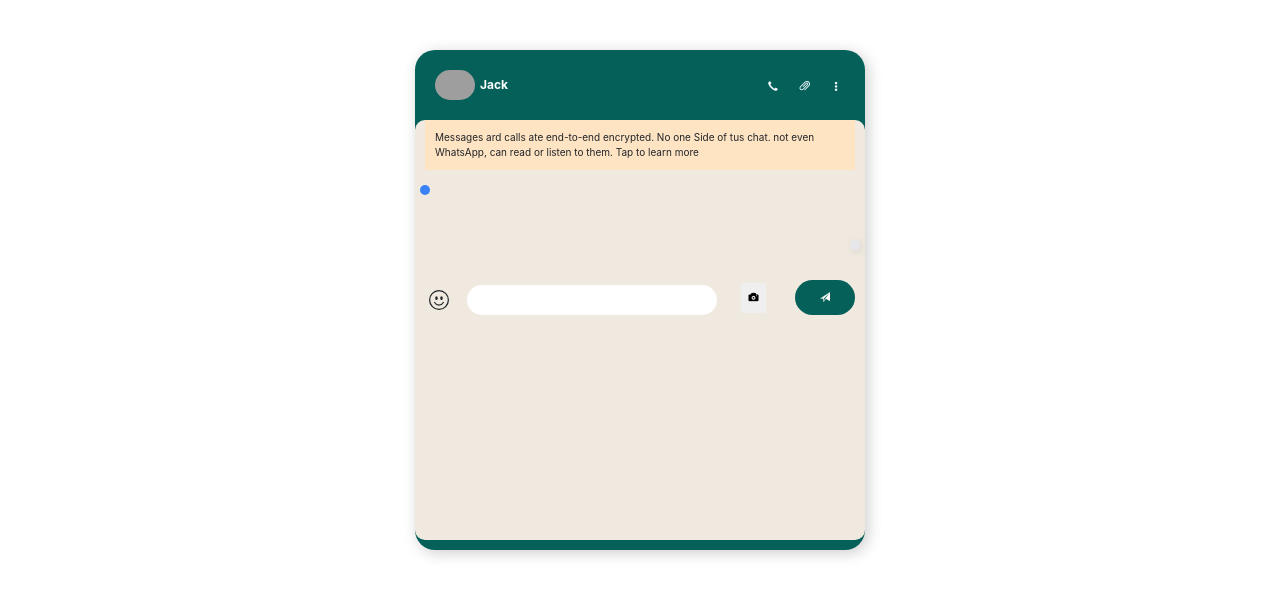
Repository: sibi24sibi/php-mysql-manal-chatbot
Page: http://localhost/
These files come from the project's save history. The page is drawn as it stood at one moment and after the next save; the edit follows.
The browser window is 1280 px wide. The pictures show the whole page.
Pictures or frames that could not be fetched are drawn as grey boxes. The page is run by PHP 8.4 with error messages shown; the project is at /var/www/html/.

Above is the page before, as saved 2023-01-15 14:52:20.

After the next save:
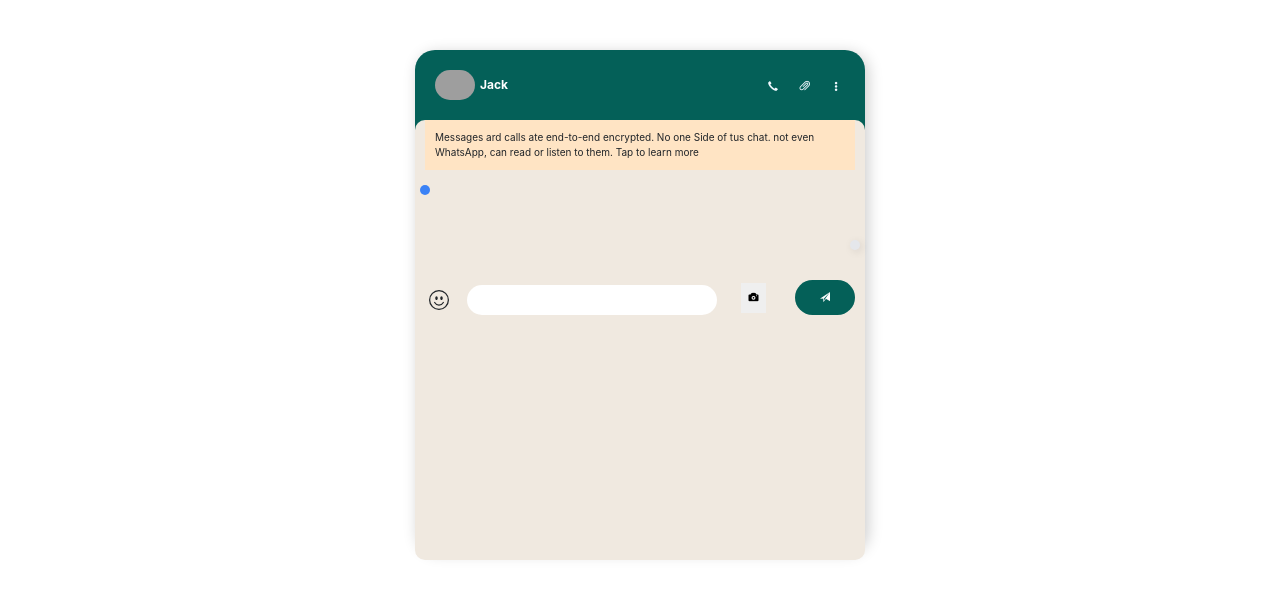
Saved 5 s later.
--- a/style.css
+++ b/style.css
@@ -40,7 +40,7 @@
     background-color: rgb(240, 233, 224);
     border-radius: 10px;
     width: 100%;
-    height: 420px;;
+    height: 440px;;
   }
 .send-box{
   border-color: transparent;
